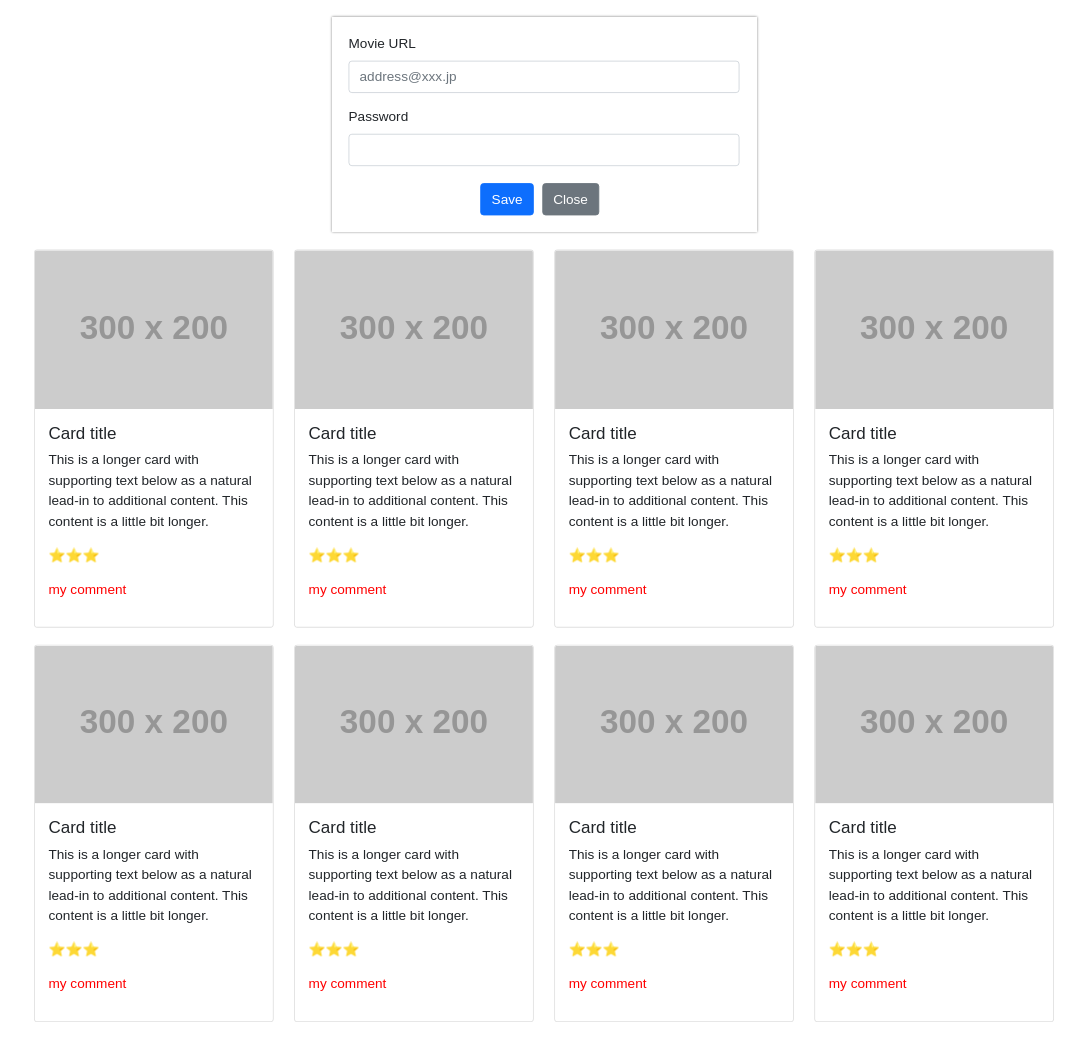
Repository: sinayaka-body/sparta
Page: frontend/test2.html
The author's editor kept a copy of each file at every save. The page is drawn from the files as they stood at one save, then again after the next save.
The browser window is 1280 px wide. The pictures show the part of the page from y = 250 to 1527 px (the page is 1473 px tall before and 1527 px after), at 85% of full size.
Some web fonts or font styles are not loaded; a fallback is used.

Above is the page before, as saved 2023-04-15 17:16:28.

After the next save:
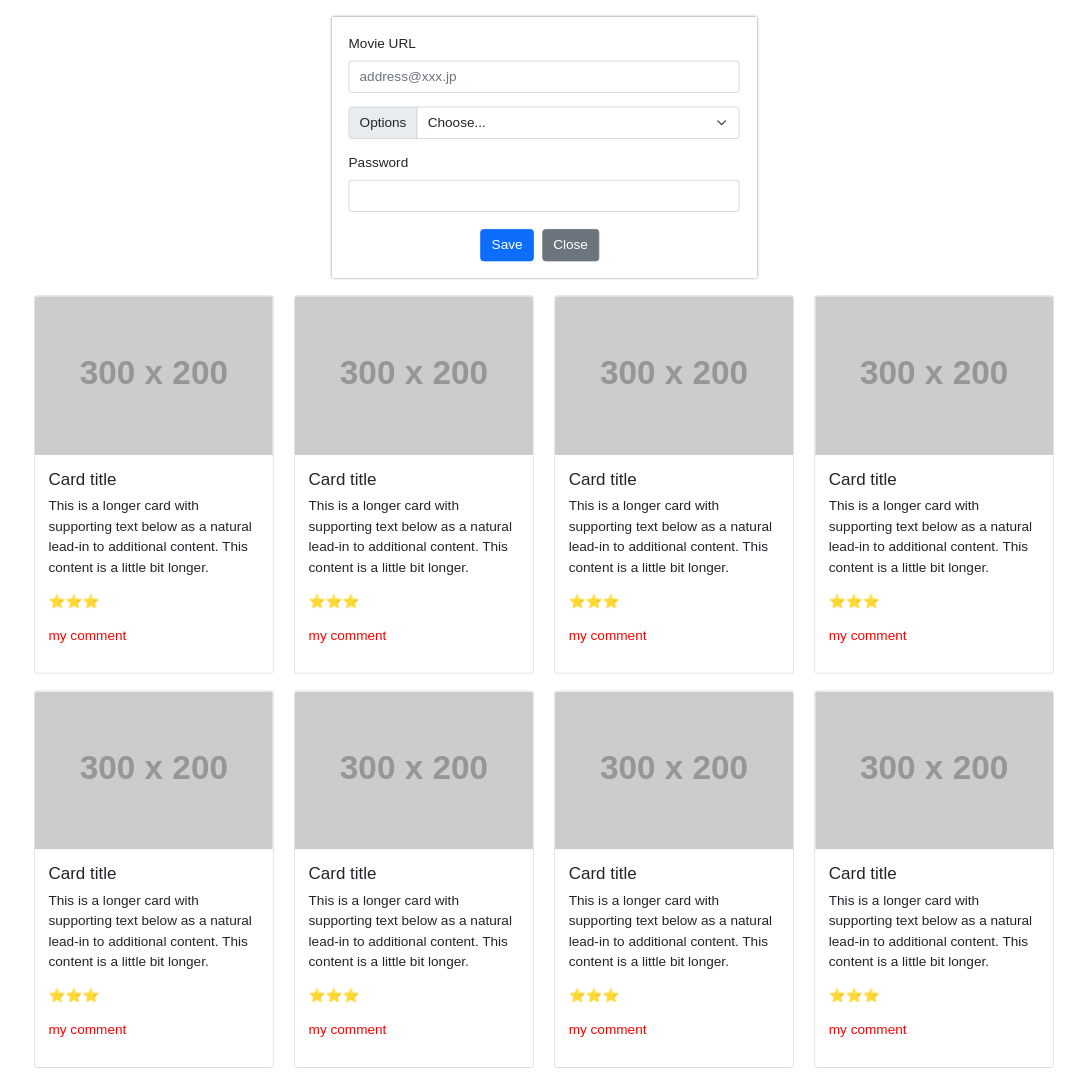
Saved 103 s later.
--- a/frontend/test2.html
+++ b/frontend/test2.html
@@ -94,6 +94,15 @@
           <label for="exampleInputEmail1" class="form-label">Movie URL</label>
           <input type="url" class="form-control" id="exampleInputURL1" aria-describedby="MovieURL" placeholder="address@xxx.jp" />
         </div>
+        <div class="input-group mb-3">
+          <label class="input-group-text" for="inputGroupSelect01">Options</label>
+          <select class="form-select" id="inputGroupSelect01">
+            <option selected>Choose...</option>
+            <option value="1">One</option>
+            <option value="2">Two</option>
+            <option value="3">Three</option>
+          </select>
+        </div>
         <div class="mb-3">
           <label for="exampleInputPassword1" class="form-label">Password</label>
           <input type="password" class="form-control" id="exampleInputPassword1" />
